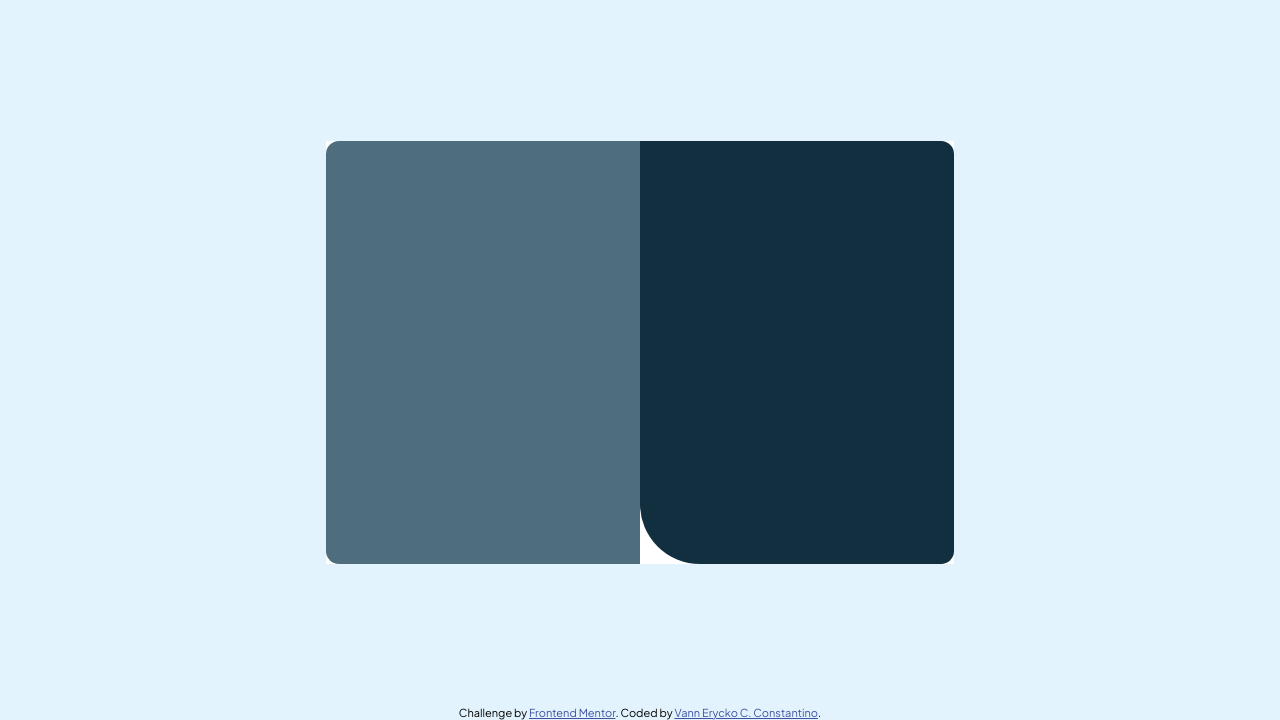
Repository: kocokoy/mortgage-repayment-calculator
Page: index.html
These files come from the project's save history. The page is drawn as it stood at one moment and after the next save; the edit follows.
The browser window is 1280 px wide. The pictures show the whole page.

Above is the page before, as saved 2024-10-29 09:58:13.

After the next save:
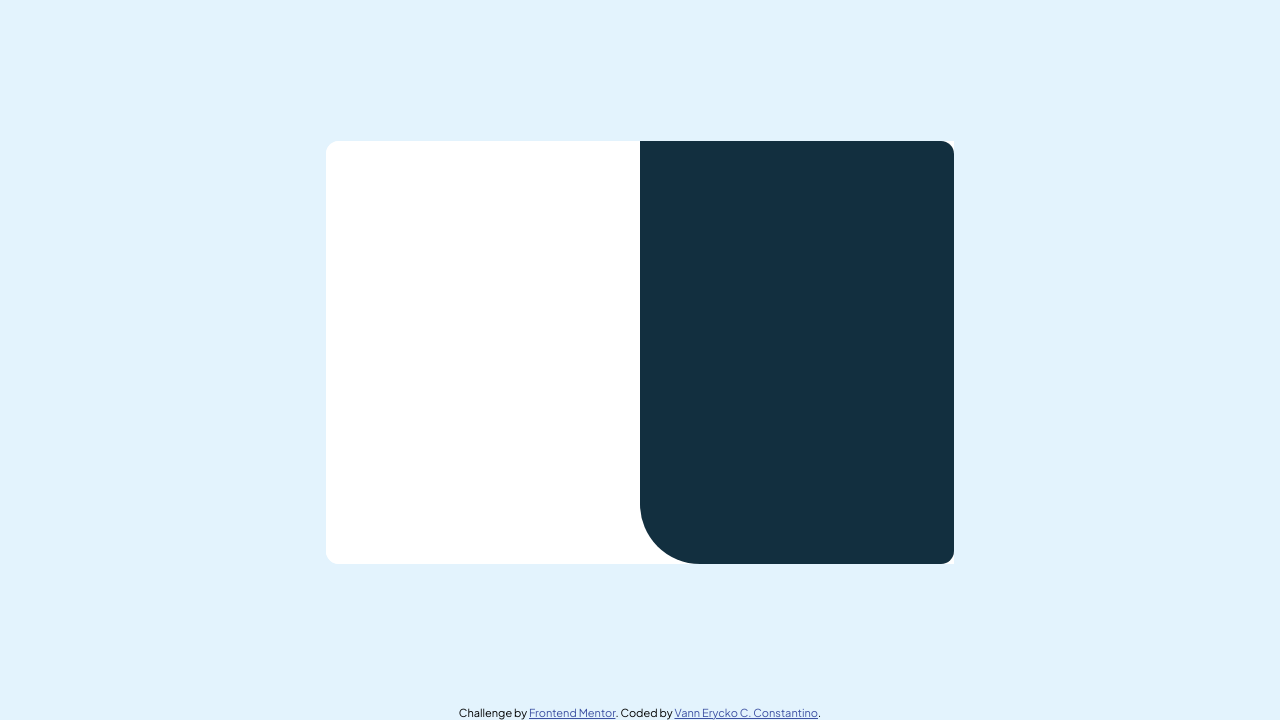
Saved 17 s later.
--- a/styles/style.css
+++ b/styles/style.css
@@ -41,12 +41,14 @@ body{
   height: 60%;
   width: 49%;
   background-color: var(--white);
+  border-bottom-left-radius: 13px;
+  border-top-left-radius: 13px;
 
 }
 .mortgage-calculator-side{
 height: 100%;
 width: 50%;
-background-color: var(--slate700);
+background-color: var(--white);
 border-bottom-left-radius: 13px;
 border-top-left-radius: 13px;
 
